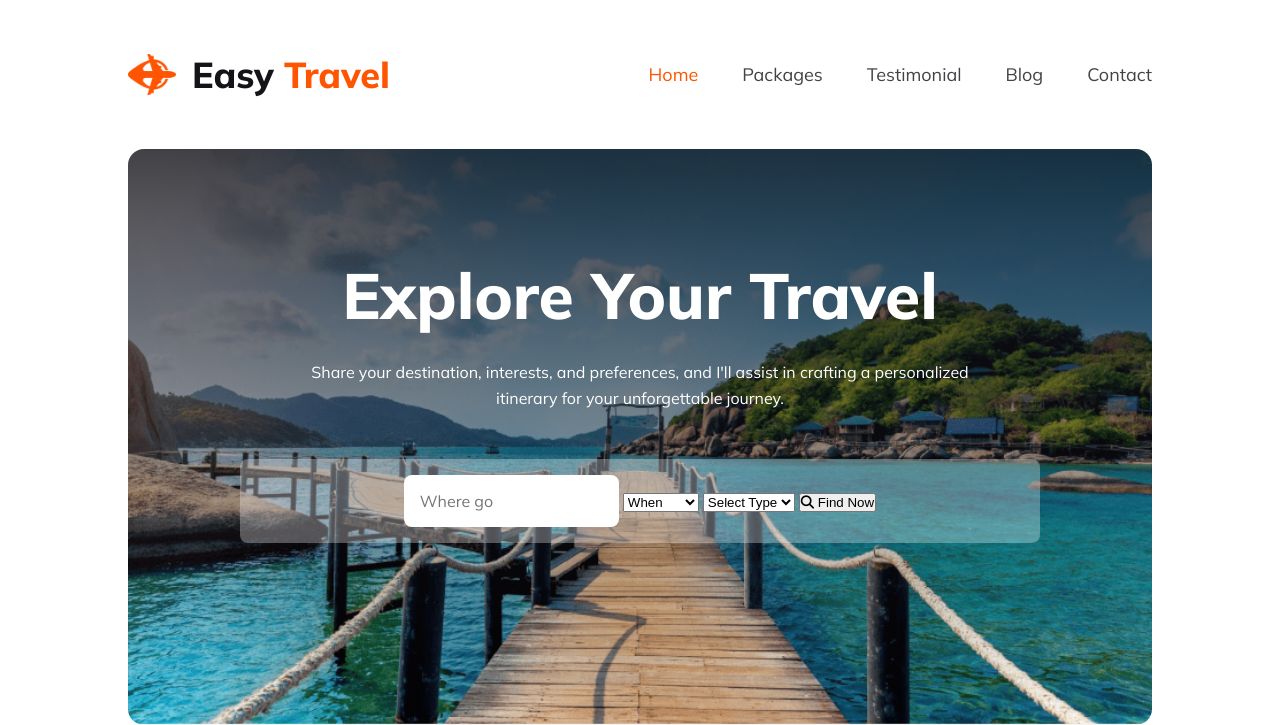
Repository: ShouravAhammed/Assignment-2
Page: index.html
The author's editor kept a copy of each file at every save. The page is drawn from the files as they stood at one save, then again after the next save.
The browser window is 1280 px wide. The pictures show the whole page.
Some web libraries are served in a nearby version.

Above is the page before, as saved 2024-01-16 03:22:45.

### index.html
<!DOCTYPE html>
<html lang="en">
<head>
    <meta charset="UTF-8">
    <meta name="viewport" content="width=device-width, initial-scale=1.0">
    <!-- website title -->
    <title>Easy Travel</title>
    <!-- linked font awesome -->
    <script src="https://kit.fontawesome.com/0d98d502eb.js" crossorigin="anonymous"></script>
    <!-- linked favicon -->
    <link rel="shortcut icon" href="Images/Group 40071 (2).png" type="image/x-icon">
    <!-- linked css -->
    <link rel="stylesheet" href="styles/style.css">
</head>
<body>
    <!-- header part start -->
    <header>
        <div class="container">
            <nav class="navigation">
                    <a class="website-name" href="">
                        <img src="Images/Group 40071 (2).png" alt="">
                        <h3 class="web-text">Easy <span class="web-text-color">Travel</span></h3>
                    </a>
                    <input type="checkbox" id="check">
                    <label for="check" class="checkbtn"><i class="fa-solid fa-bars"></i></label>
                    <ul class="nav">
                        <li><a class="active" href="">Home</a></li>
                        <li><a href="">Packages</a></li>
                        <li><a href="">Testimonial</a></li>
                        <li><a href="">Blog</a></li>
                        <li><a href="">Contact</a></li>
                    </ul>
                </nav>

                <section id="banner">
                    <div class="banner-container">
                        <div class="banner-text">
                            <h2 class="banner-title">Explore Your Travel</h2>
                        <p class="banner-description">Share your destination, interests, and preferences, and I'll assist in crafting a personalized itinerary for your unforgettable journey.</p>
                        </div>
                        <form class="banner-form" action="">
                            <input type="text" placeholder="Where go">
                            <select name="" id="">
                                <option value="">When</option>
                                <option value="">Maldives</option>
                                <option value="">Nepal</option>
                                <option value="">Singapur</option>
                                <option value="">Thailand</option>
                            </select>
                            <select name="" id="">
                                <option value="">Select Type</option>
                                <option value="">Maldives</option>
                                <option value="">Nepal</option>
                                <option value="">Singapur</option>
                                <option value="">Thailand</option>
                            </select>
                            <button class="primary-btn"><i class="fa-solid fa-magnifying-glass"></i> Find Now</button>
                        </form>
                    </div>
                </section>
        </div>
    </header>
    <!-- header part end -->
    <!-- main part start -->
    <main>

    </main>
    <!-- main part end -->
    <!-- footer part start -->
    <footer>

    </footer>
    <!-- footer part end -->
</body>
</html>

### styles/style.css
/* Import Fonts From Google Fonts */
@import url('https://fonts.googleapis.com/css2?family=Mulish:ital,wght@0,200;0,300;0,400;0,500;0,600;0,700;0,800;0,900;0,1000;1,200;1,300;1,400;1,500;1,600;1,700;1,800;1,900;1,1000&display=swap');@import url('https://fonts.googleapis.com/css2?family=Mulish:ital,wght@0,200;0,300;0,400;0,500;0,600;0,700;0,800;0,900;0,1000;1,200;1,300;1,400;1,500;1,600;1,700;1,800;1,900;1,1000&display=swap');

/* color clearance */
:root{
    --primary-color: #FF5400;
    --secondary-color: #131318;
    --third-color: #fff;
}

/* all default size off */
*{
    margin: 0;
    padding: 0;
    outline: 0;
    box-sizing: border-box;
}
/* container display measuring size*/
.container{
    width: 80%;
    margin: 0 auto;
}
/* navigation css style */
.navigation{
    display: flex;
    align-items: center;
    justify-content: space-between;
    margin: 52px 0;
}
.website-name{
    display: flex;
    align-items: center;
    gap: 16px;
    text-decoration: none;
}
.website-name img{
    width: 48px;
}
.website-name .web-text{
    color: var(--secondary-color);
    font-family: Mulish;
    font-size: 2.25rem;
    font-weight: 800;
}
.website-name .web-text-color{
    color: var(--primary-color);
}


.checkbtn{
    font-size: 1.75rem;
    color: #131318;
    display: none;
}
#check{
    display: none;
}



.navigation > .nav{
    display: flex;
    align-items: center;
    gap: 44px;
}
.nav > li{
    list-style: none;
}
.nav > li a{
    color: #424247;
    font-family: Mulish;
    font-size: 1.125rem;;
    font-weight: 400;
    text-decoration: none;
    transition: all ease 0.3s;
}
.nav > li a.active, .nav > li a:hover{
    color: var(--primary-color);
}

#banner{
    background-image: linear-gradient(180deg, rgba(19, 19, 24, 0.80) 0%, rgba(19, 19, 24, 0.00) 100%), url(../Images/Group13.png);
    background-position: center;
    background-size: cover;
    background-repeat: no-repeat;
    height: 80vh;
    border-radius: 16px;
}
.banner-text{
    padding-top: 106px;
    width: 676px;
    margin: 0 auto 48px auto;
    text-align: center;
}
.banner-text .banner-title{
    color: #FFF;
    font-family: Mulish;
    font-size: 4rem;
    font-weight: 800;
}
.banner-text .banner-description{
    color: #FFF;
    font-family: Mulish;
    font-size: 1rem;
    font-weight: 400;
    line-height: 26px;
    margin-top: 24px;
}
.banner-form{
    border-radius: 8px;
    background: rgba(255, 255, 255, 0.30);
    width: 800px;
    padding: 16px 0;
    margin: 0 auto;
    text-align: center;
}
.banner-form input{
    color: rgba(19, 19, 24, 0.50);
    border-radius: 8px;
    background: #FFF;
    font-family: Mulish;
    font-size: 16px;
    font-weight: 400;
    padding: 16px;
    border: none;
}














@media only screen and (max-width: 576px){
    .navigation{
        margin-top: 18px;
    }
    .checkbtn{
        display: block;
    }

    .navigation > .nav{
        flex-direction: column;
        gap: 20px;
        padding-top: 30px;
        position: fixed;
        width: 100%;
        height: 50vh;
        background: #fff;
        top: 80px;
        left: -100%;
        text-align: center;
        transition: all ease 0.3s;
    }
    #check{
        display: none;
    }
    #check:checked ~ ul{
        left: 0;
    }


}

After the next save:
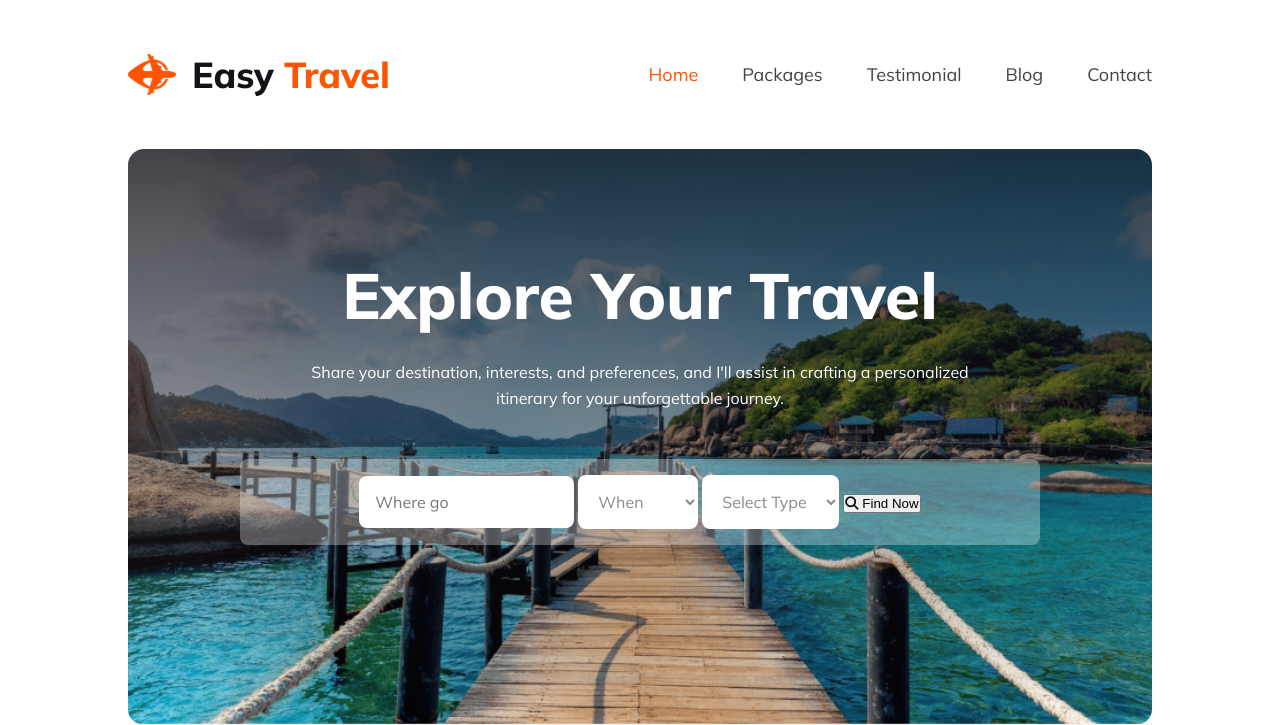
Saved 26 s later.
--- a/styles/style.css
+++ b/styles/style.css
@@ -114,7 +114,7 @@
     margin: 0 auto;
     text-align: center;
 }
-.banner-form input{
+.banner-form input, select{
     color: rgba(19, 19, 24, 0.50);
     border-radius: 8px;
     background: #FFF;
